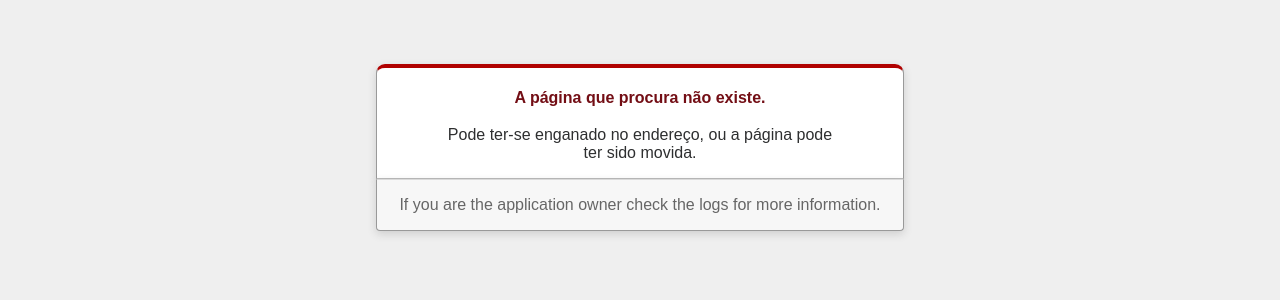
Repository: 17100262/rails-clinical-management-system
Page: public/404.html
The author's editor kept a record of every edit. The page is drawn from the files as they stood at one moment, then again after the next edit.
The browser window is 1280 px wide. The pictures show the whole page.

Above is the page before.

### public/404.html
<!DOCTYPE html>
<html>
<head>
  <title>The page you were looking for doesn't exist (404)</title>
  <meta name="viewport" content="width=device-width,initial-scale=1">
  <style>
  .rails-default-error-page {
    background-color: #EFEFEF;
    color: #2E2F30;
    text-align: center;
    font-family: arial, sans-serif;
    margin: 0;
  }

  .rails-default-error-page div.dialog {
    width: 95%;
    max-width: 33em;
    margin: 4em auto 0;
  }

  .rails-default-error-page div.dialog > div {
    border: 1px solid #CCC;
    border-right-color: #999;
    border-left-color: #999;
    border-bottom-color: #BBB;
    border-top: #B00100 solid 4px;
    border-top-left-radius: 9px;
    border-top-right-radius: 9px;
    background-color: white;
    padding: 7px 12% 0;
    box-shadow: 0 3px 8px rgba(50, 50, 50, 0.17);
  }

  .rails-default-error-page h1 {
    font-size: 100%;
    color: #730E15;
    line-height: 1.5em;
  }

  .rails-default-error-page div.dialog > p {
    margin: 0 0 1em;
    padding: 1em;
    background-color: #F7F7F7;
    border: 1px solid #CCC;
    border-right-color: #999;
    border-left-color: #999;
    border-bottom-color: #999;
    border-bottom-left-radius: 4px;
    border-bottom-right-radius: 4px;
    border-top-color: #DADADA;
    color: #666;
    box-shadow: 0 3px 8px rgba(50, 50, 50, 0.17);
  }
  </style>
</head>

<body class="rails-default-error-page">
  <!-- This file lives in public/404.html -->
  <div class="dialog">
    <div>
      <h1>A página que procura não existe.</h1>
      <p>Pode ter-se enganado no endereço, ou a página pode ter sido movida.</p>
    </div>
    <p>If you are the application owner check the logs for more information.</p>
  </div>
</body>
</html>

After the next edit:
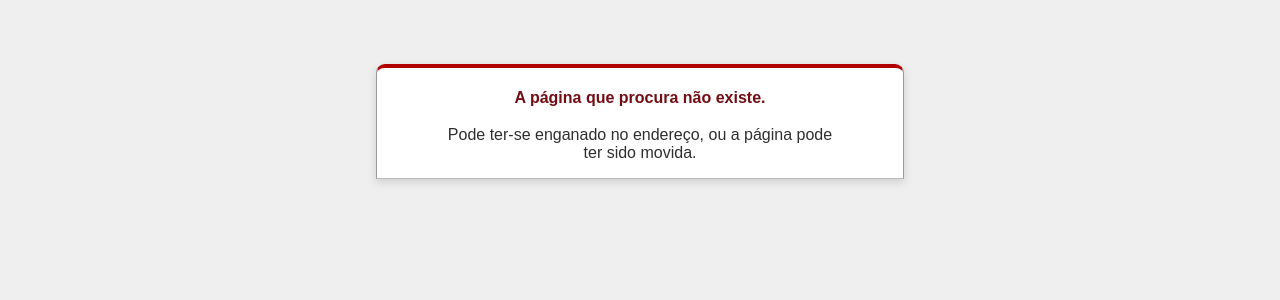
The edit:
--- a/public/404.html
+++ b/public/404.html
@@ -61,7 +61,6 @@
       <h1>A página que procura não existe.</h1>
       <p>Pode ter-se enganado no endereço, ou a página pode ter sido movida.</p>
     </div>
-    <p>If you are the application owner check the logs for more information.</p>
   </div>
 </body>
 </html>
